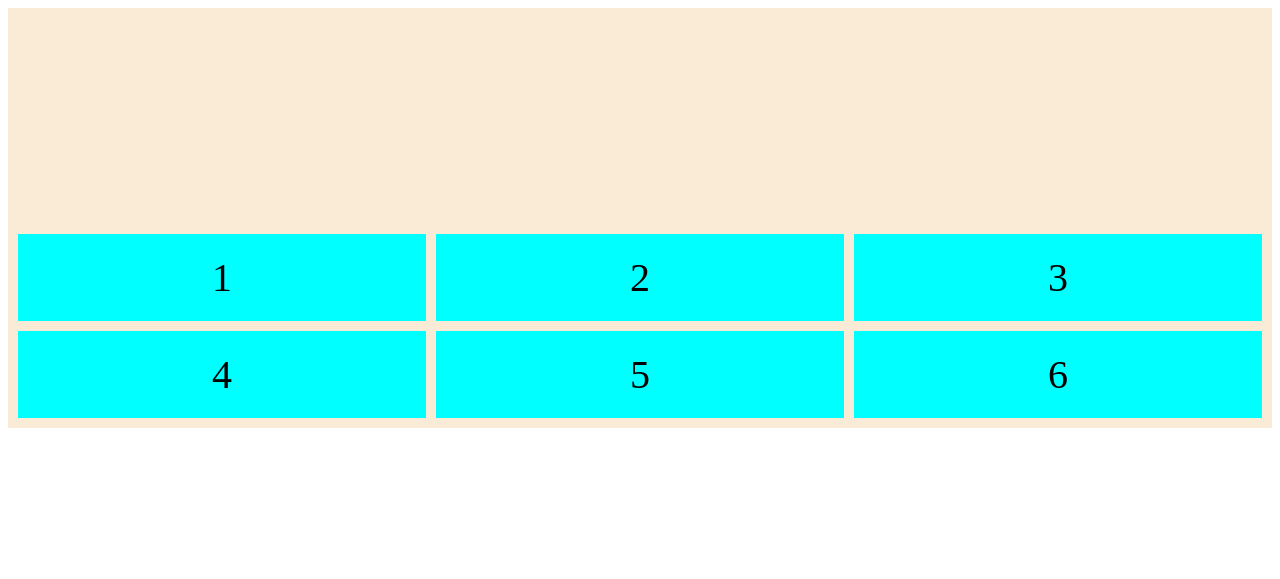
Repository: Thonghehe/Lab1_WEB106
Page: index11.html
The author's editor kept a copy of each file at every save. The page is drawn from the files as they stood at one save, then again after the next save.
The browser window is 1280 px wide. The pictures show the whole page.

Above is the page before, as saved 2024-03-05 17:52:03.

### index11.html
<!DOCTYPE html>
<html lang="en">

<head>
    <meta charset="UTF-8">
    <meta name="viewport" content="width=device-width, initial-scale=1.0">
    <title>Document</title>
    <link rel="stylesheet" href="./style.css">
</head>

<body>
    <div class="grid-container">
        <div>1</div>
        <div>2</div>
        <div>3</div>
        <div>4</div>
        <div>5</div>
        <div>6</div>
    </div>
</body>

</html>

### style.css
.grid-container {
    display: grid;
    height: 400px;
    align-content: end;
    grid-template-columns: auto auto auto;
    gap: 10px;
    background-color: antiquewhite;
    padding: 10px;
}

.grid-container>div {
    background-color: aqua;
    text-align: center;
    padding: 20px;
    font-size: 40px;
}

After the next save:
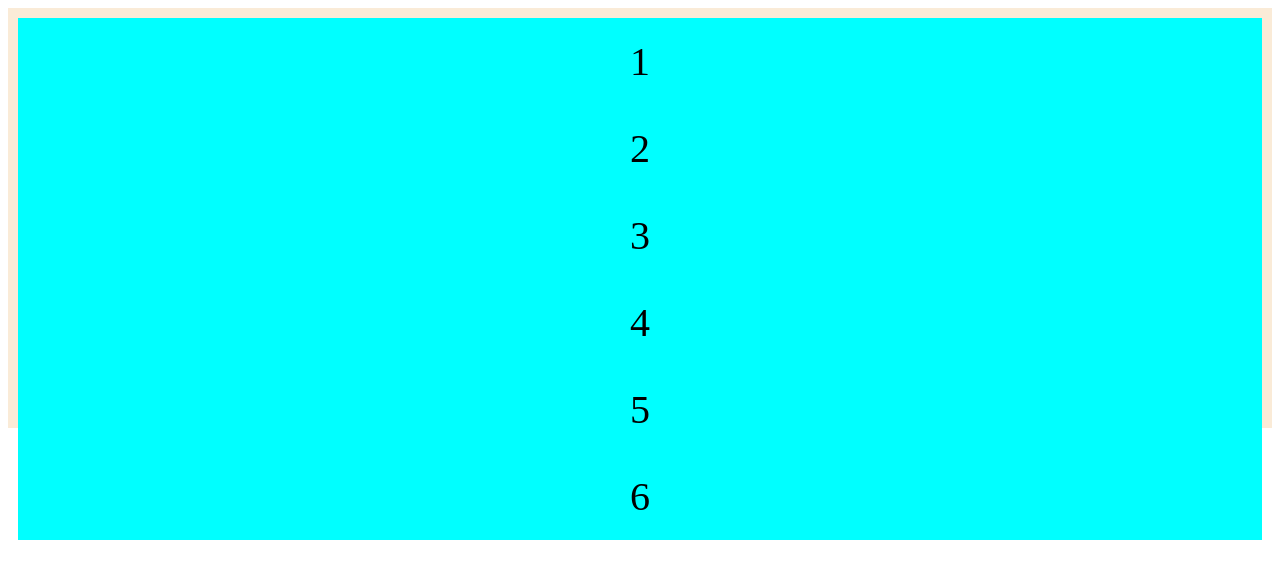
Saved 32 s later.
--- a/style.css
+++ b/style.css
@@ -1,5 +1,5 @@
 .grid-container {
-    display: grid;
+    display: -ms-inline-grid;
     height: 400px;
     align-content: end;
     grid-template-columns: auto auto auto;

After the save that followed:
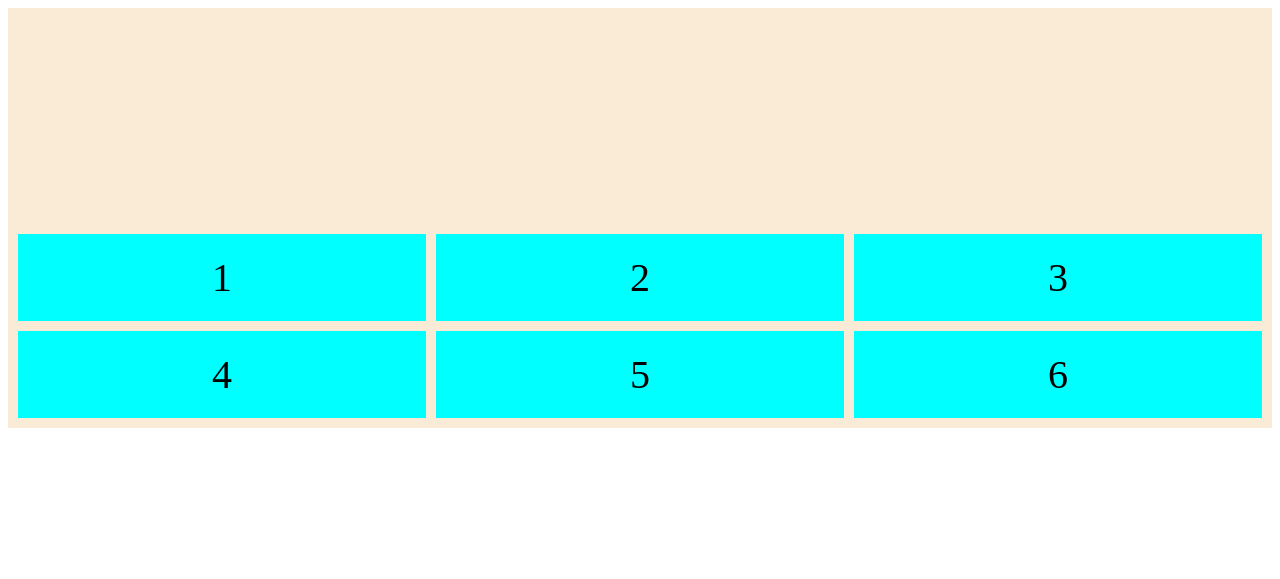
Saved 4 s later.
--- a/style.css
+++ b/style.css
@@ -1,5 +1,5 @@
 .grid-container {
-    display: -ms-inline-grid;
+    display: grid;
     height: 400px;
     align-content: end;
     grid-template-columns: auto auto auto;
